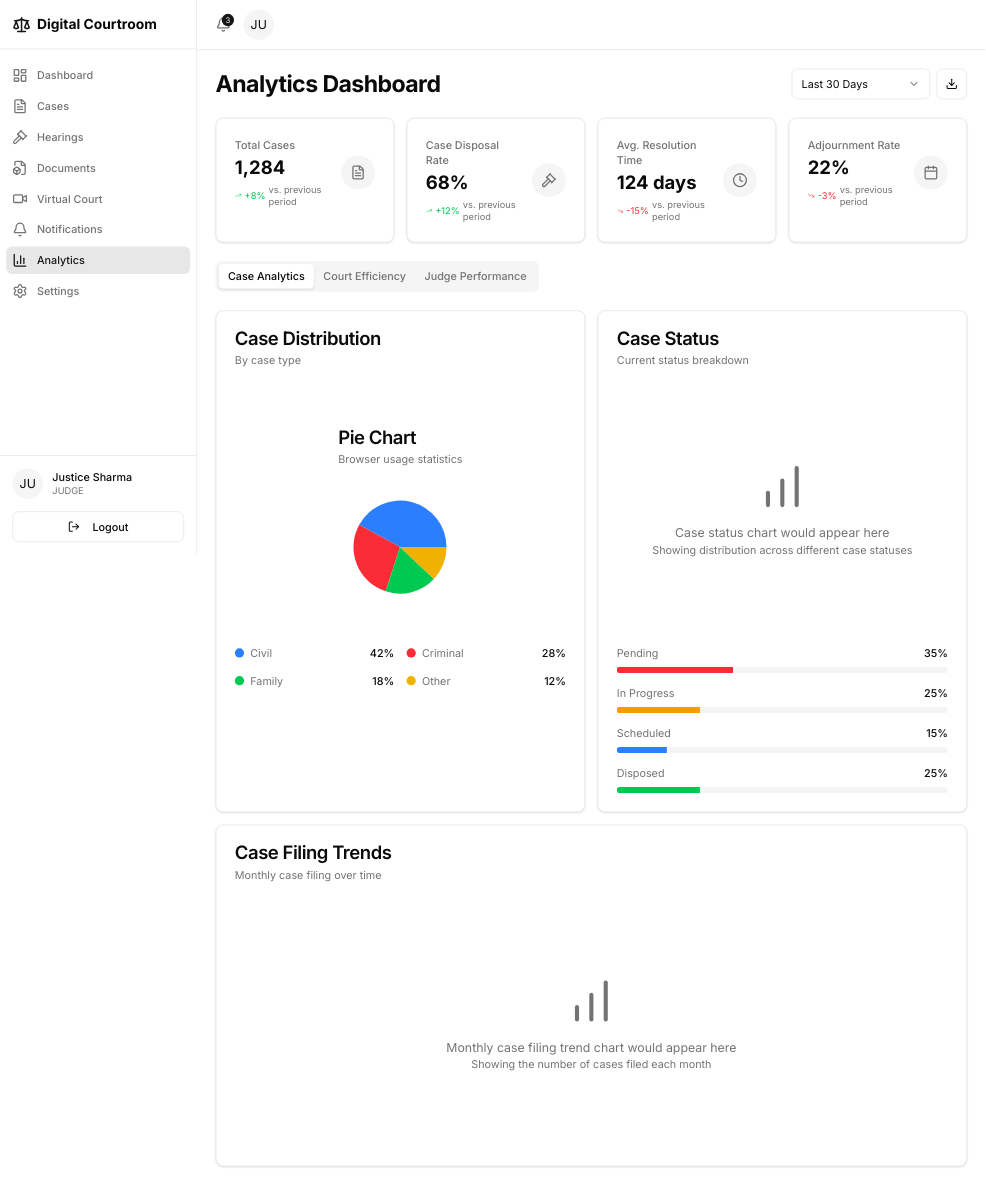
Repository: n0tank3sh/digicourt
Page: /analytics (app in frontend/)
These files come from the project's save history. The page is drawn as it stood at one moment and after a run of saves; the edit follows.
The browser window is 1280 px wide. The pictures show the whole page, at 77% of full size.
The project was rebuilt for these pictures with package versions that can differ from the ones it lists, and the page was loaded fresh each time. The framework's server and built-in components were replaced by stand-ins that run in the browser. Also part of the build but not shown: frontend/next.config.ts.

Above is the page before, as saved 2025-03-26 22:28:19.

After the next 5 saves:
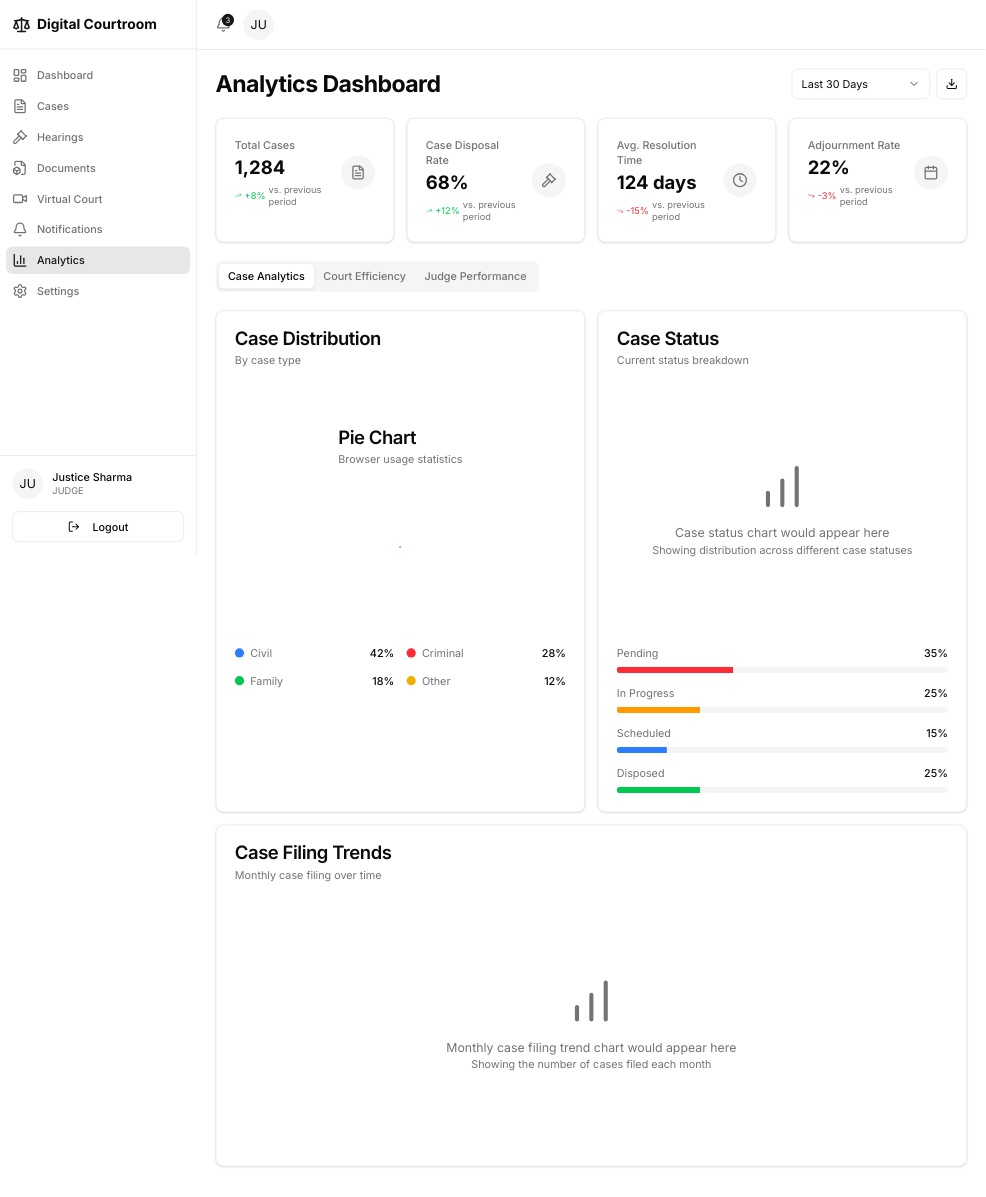
The 5 saves are shown as one change because they came seconds apart.
The last was saved 37 s later.
--- a/frontend/src/components/ui/piechart.tsx
+++ b/frontend/src/components/ui/piechart.tsx
@@ -57,7 +57,7 @@ export function PieChartComponent() {
             <CardContent className="flex-1 pb-0 ">
                 <ChartContainer
                     config={chartConfig}
-                    className="mx-auto  aspect-square max-h-[250px] pb-0 [&_.recharts-pie-label-text]:fill-foreground"
+                    className="mx-auto scale-2  aspect-square max-h-[250px] pb-0 [&_.recharts-pie-label-text]:fill-foreground"
                 >
                     <PieChart>
                         <ChartTooltip content={<ChartTooltipContent hideLabel/>} />
